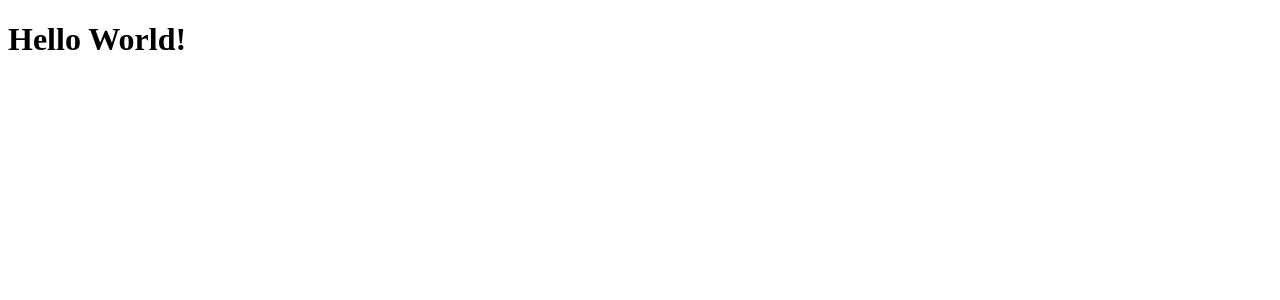
Repository: cameron-mendoza21/Game-Awards24-Fun
Page: http://localhost/
These files come from the project's save history. The page is drawn as it stood at one moment and after the next save; the edit follows.
The browser window is 1280 px wide. The pictures show the whole page.
The page is served by the project's Node server (index.js).

Above is the page before, as saved 2024-11-19 21:51:47.

### views/index.ejs
<!DOCTYPE html>
<html lang="en">
<head>
    <meta charset="UTF-8">
    <meta name="viewport" content="width=device-width, initial-scale=1.0">
    <title><%= title %></title>
</head>


<body>
    <h1>Hello World!
    </h1>
</body>
</html>

### index.js
const express = require('express');
const app = express();
const port = 3000;

// Set the view engine to EJS
app.set('view engine', 'ejs');

app.get('/', (req, res) => {
    res.render('index', { title: 'Game Awards Gamblin ', message: 'Hello, World!' });
});

app.listen(port, () => {
    console.log(`App is running at http://localhost:${port}`);
});

### views/styles.css
body {
    font-family: Arial, sans-serif;
    background-color: #f0f0f0;
    color: #333;
    margin: 0;
    padding: 0;
}

h1 {
    color: #007BFF;
    text-align: center;
    margin-top: 50px;
}

p {
    text-align: center;
    font-size: 18px;
}

.container {
    max-width: 800px;
    margin: auto;
    padding: 20px;
    background: #ffffff;
    border-radius: 8px;
    box-shadow: 0 4px 6px rgba(0, 0, 0, 0.1);
}

After the next save:
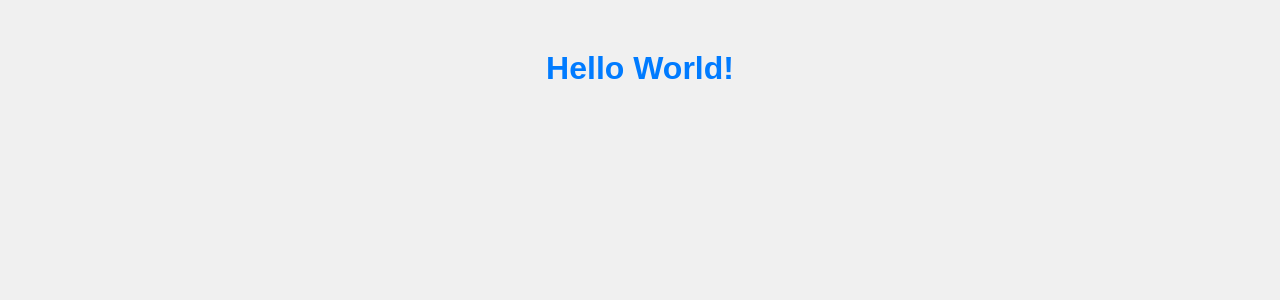
Saved 74 s later.
--- a/views/index.ejs
+++ b/views/index.ejs
@@ -4,6 +4,7 @@
     <meta charset="UTF-8">
     <meta name="viewport" content="width=device-width, initial-scale=1.0">
     <title><%= title %></title>
+    <link rel = "stylesheet" href="/styles.css">
 </head>
 
 
